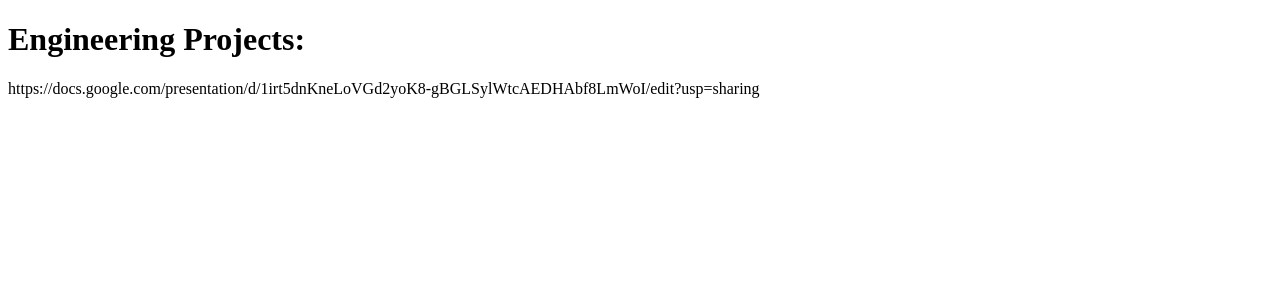
Repository: Isaakwashere/isaakwashere.github.io
Page: Engineering.html
The author's editor kept a record of every edit. The page is drawn from the files as they stood at one moment, then again after the next edit.
The browser window is 1280 px wide. The pictures show the whole page.

Above is the page before.

After the next edit:
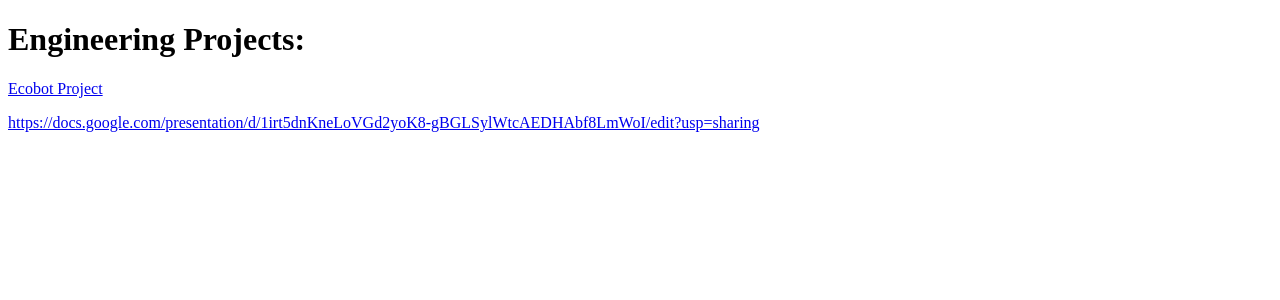
The edit:
--- a/Engineering.html
+++ b/Engineering.html
@@ -11,7 +11,7 @@
 
 
 <h1 style="color:black;">Engineering Projects:</h1>
-
+<p><a href="https://docs.google.com/presentation/d/1irt5dnKneLoVGd2yoK8-gBGLSylWtcAEDHAbf8LmWoI/edit?usp=sharing">Ecobot Project</p>
 
 
 
